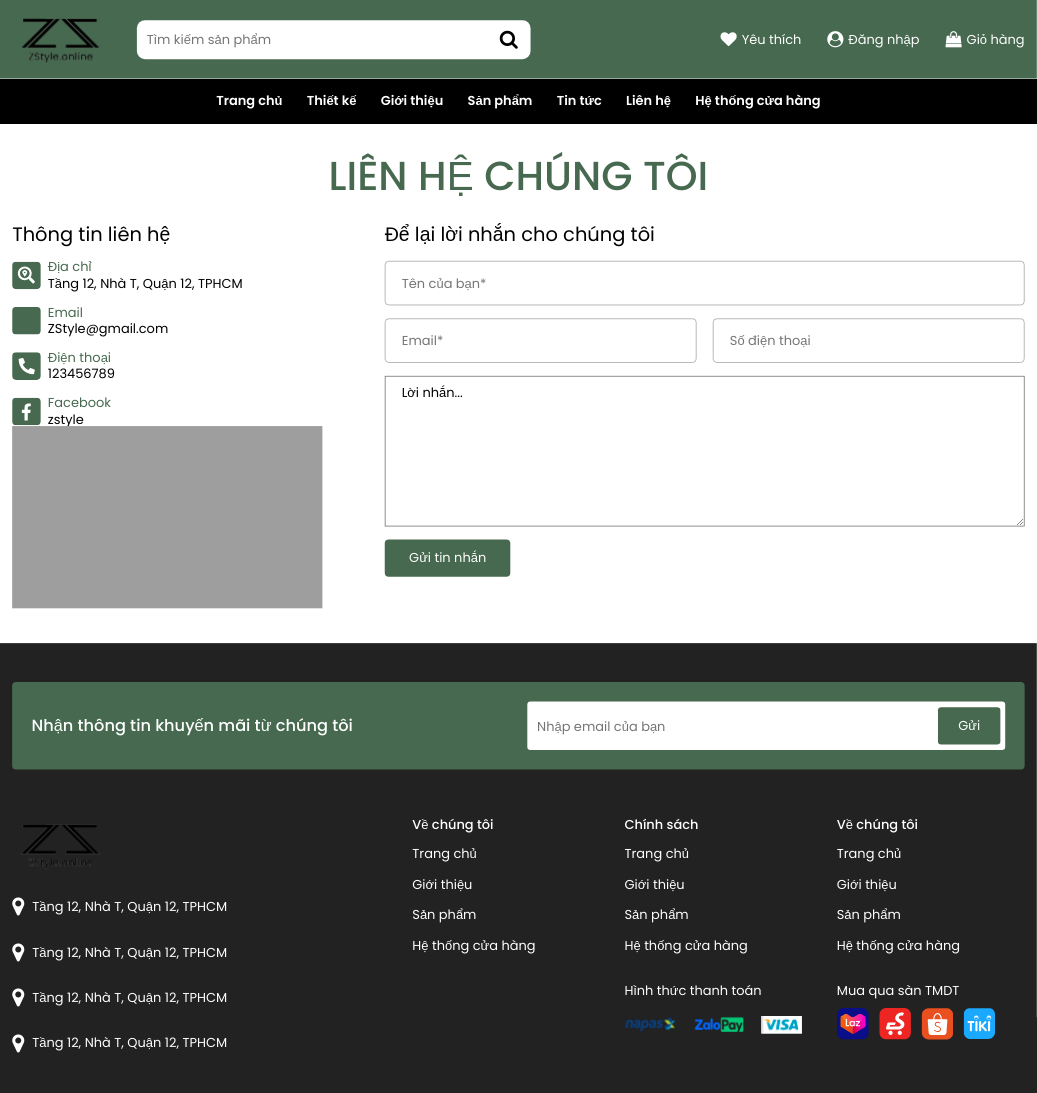
Repository: Toan3333/duanmau
Page: assets/pages/lienhe.html
The author's editor kept a copy of each file at every save. The page is drawn from the files as they stood at one save, then again after the next save.
The browser window is 1280 px wide. The pictures show the whole page, at 81% of full size.
Pictures or frames that could not be fetched are drawn as grey boxes. Some web libraries are served in a nearby version.

Above is the page before, as saved 2023-11-07 21:41:23.
Console error: TypeError: Cannot read properties of null (reading 'addEventListener')

### assets/pages/lienhe.html
<!DOCTYPE html>
<html lang="en">
  <head>
    <meta charset="UTF-8" />
    <meta name="viewport" content="width=device-width, initial-scale=1.0" />
    <title>Liên hệ</title>
    <link
      rel="stylesheet"
      type="text/css"
      href="https://cdn.jsdelivr.net/npm/slick-carousel@1.8.1/slick/slick.css" />
    <link rel="stylesheet" href="../css/style.css" />
    <link
      rel="stylesheet"
      href="https://cdnjs.cloudflare.com/ajax/libs/font-awesome/4.7.0/css/font-awesome.min.css"
      integrity="sha512-SfTiTlX6kk+qitfevl/7LibUOeJWlt9rbyDn92a1DqWOw9vWG2MFoays0sgObmWazO5BQPiFucnnEAjpAB+/Sw=="
      crossorigin="anonymous"
      referrerpolicy="no-referrer" />
    <link
      rel="stylesheet"
      type="text/css"
      href="https://cdn.jsdelivr.net/npm/slick-carousel@1.8.1/slick/slick.css" />

    <link
      href="https://fonts.googleapis.com/css?family=Poppins:100,100italic,200,200italic,300,300italic,regular,italic,500,500italic,600,600italic,700,700italic,800,800italic,900,900italic"
      rel="stylesheet" />
  </head>
  <body>
    <div class="app">
      <!-- Header -->
      <header class="header">
        <div class="container">
          <div class="header-main">
            <div class="header-logo">
              <a href="#">
                <img src="../images/logo.svg" alt="" />
              </a>
            </div>
            <form action="" class="header-form">
              <div class="header-input">
                <input type="text" placeholder="Tìm kiếm sản phẩm" />
                <div class="header-input-icon">
                  <i class="fa fa-search" aria-hidden="true"></i>
                </div>
              </div>
            </form>
            <div class="header-auth">
              <div class="header-auth__item">
                <i class="fa fa-heart" aria-hidden="true"></i>
                <a href="#" class="header-link">Yêu thích</a>
              </div>
              <div class="header-auth__item">
                <i class="fa fa-user-circle" aria-hidden="true"></i>
                <a href="#" class="header-link">Đăng nhập</a>
              </div>
              <div class="header-auth__item">
                <i class="fa fa-shopping-bag" aria-hidden="true"></i>
                <a href="#" class="header-link">Giỏ hàng</a>
              </div>
            </div>
          </div>
        </div>
      </header>
      <!-- Header end -->
      <section class="header-bottom">
        <div class="container">
          <div class="header-bottom__main">
            <ul class="header-menu">
              <li class="header-menu-item">
                <a href="/index.html" class="header-menu-link">Trang chủ</a>
              </li>
              <li class="header-menu-item">
                <a href="#" class="header-menu-link">Thiết kế</a>
              </li>
              <li class="header-menu-item">
                <a href="#" class="header-menu-link">Giới thiệu</a>
              </li>
              <li class="header-menu-item">
                <a href="#" class="header-menu-link">Sản phẩm</a>
              </li>
              <li class="header-menu-item">
                <a href="#" class="header-menu-link">Tin tức</a>
              </li>
              <li class="header-menu-item">
                <a href="#" class="header-menu-link">Liên hệ</a>
              </li>
              <li class="header-menu-item">
                <a href="#" class="header-menu-link">Hệ thống cửa hàng</a>
              </li>
            </ul>
          </div>
        </div>
      </section>
      <!-- Contact -->

      <section class="contact">
        <div class="container">
          <div class="heading-primary">LIÊN HỆ CHÚNG TÔI</div>
          <div class="contact-main">
            <div class="contact-left">
              <h2>Thông tin liên hệ</h2>
              <ul class="contact-menu">
                <li class="contact-list">
                  <div class="contact-list-icon">
                    <svg
                      xmlns="http://www.w3.org/2000/svg"
                      width="36"
                      height="34"
                      viewBox="0 0 36 34"
                      fill="none">
                      <rect width="35.1724" height="34" rx="5" fill="#46694F" />
                      <path
                        d="M27.8511 24.1075L23.7413 19.9985C23.5559 19.813 23.3044 19.71 23.0406 19.71C22.7677 19.71 22.6107 19.3926 22.7615 19.1651C23.6603 17.8093 24.1824 16.1842 24.1824 14.4345C24.1824 9.69901 20.3446 5.86206 15.6087 5.86206C10.8728 5.86206 7.03467 9.69901 7.03467 14.4345C7.03467 19.17 10.8724 23.007 15.6087 23.007C17.3584 23.007 18.9842 22.4848 20.3401 21.5861C20.5676 21.4353 20.885 21.5923 20.885 21.8652C20.885 22.129 20.988 22.3805 21.1735 22.5659L25.2833 26.6749C25.6707 27.0624 26.2972 27.0624 26.6806 26.6749L27.847 25.5085C28.2345 25.121 28.2345 24.4949 27.8511 24.1075ZM15.6087 20.369C12.3303 20.369 9.67341 17.7171 9.67341 14.4345C9.67341 11.1565 12.3258 8.49999 15.6087 8.49999C18.8872 8.49999 21.544 11.1519 21.544 14.4345C21.544 17.7126 18.8917 20.369 15.6087 20.369ZM15.6096 10.4784C13.9287 10.4784 12.5661 11.8407 12.5661 13.5215C12.5661 14.8801 14.5552 17.3568 15.3173 18.2558C15.3531 18.2986 15.3978 18.333 15.4483 18.3566C15.4987 18.3802 15.5538 18.3924 15.6096 18.3924C15.6653 18.3924 15.7204 18.3802 15.7708 18.3566C15.8213 18.333 15.866 18.2986 15.9018 18.2558C16.6639 17.3568 18.653 14.8805 18.653 13.5215C18.653 11.8407 17.2904 10.4784 15.6096 10.4784ZM15.6096 14.4353C15.063 14.4353 14.6203 13.9922 14.6203 13.4461C14.6203 12.8996 15.0634 12.4569 15.6096 12.4569C16.1557 12.4569 16.5988 12.8996 16.5988 13.4461C16.5988 13.9922 16.1557 14.4353 15.6096 14.4353Z"
                        fill="white" />
                    </svg>
                  </div>
                  <a href="#" class="contact-link">
                    <div class="contact-link-title">Địa chỉ</div>
                    Tầng 12, Nhà T, Quận 12, TPHCM
                  </a>
                </li>
                <li class="contact-list">
                  <div class="contact-list-icon">
                    <svg
                      xmlns="http://www.w3.org/2000/svg"
                      width="36"
                      height="34"
                      viewBox="0 0 36 34"
                      fill="none">
                      <rect width="35.1724" height="34" rx="5" fill="#46694F" />
                    </svg>
                  </div>
                  <a href="#" class="contact-link">
                    <div class="contact-link-title">Email</div>
                    ZStyle@gmail.com
                  </a>
                </li>
                <li class="contact-list">
                  <div class="contact-list-icon">
                    <svg
                      xmlns="http://www.w3.org/2000/svg"
                      width="36"
                      height="34"
                      viewBox="0 0 36 34"
                      fill="none">
                      <rect width="35.1724" height="34" rx="5" fill="#46694F" />
                      <path
                        d="M27.4296 21.1327L23.0546 19.2577C22.8677 19.178 22.6599 19.1612 22.4627 19.2099C22.2654 19.2585 22.0893 19.3698 21.9608 19.5272L20.0233 21.8944C16.9825 20.4607 14.5353 18.0136 13.1017 14.9728L15.4689 13.0353C15.6266 12.907 15.7382 12.7309 15.7868 12.5336C15.8354 12.3362 15.8185 12.1284 15.7384 11.9415L13.8634 7.56645C13.7755 7.36505 13.6202 7.2006 13.4241 7.10148C13.228 7.00236 13.0034 6.97477 12.7891 7.02347L8.72658 7.96099C8.52 8.00869 8.33569 8.12501 8.20373 8.29095C8.07177 8.45689 7.99995 8.66266 8 8.87468C8 18.8944 16.1212 27 26.1253 27C26.3374 27.0001 26.5433 26.9284 26.7093 26.7964C26.8753 26.6644 26.9917 26.4801 27.0394 26.2734L27.9769 22.2109C28.0253 21.9955 27.9971 21.7701 27.8972 21.5733C27.7973 21.3765 27.632 21.2207 27.4296 21.1327Z"
                        fill="white" />
                    </svg>
                  </div>
                  <a href="#" class="contact-link">
                    <div class="contact-link-title">Điện thoại</div>
                    123456789
                  </a>
                </li>
                <li class="contact-list">
                  <div class="contact-list-icon">
                    <svg
                      xmlns="http://www.w3.org/2000/svg"
                      width="36"
                      height="34"
                      viewBox="0 0 36 34"
                      fill="none">
                      <rect width="35.1724" height="34" rx="5" fill="#46694F" />
                      <path
                        d="M22.2792 18.8125L22.8496 15.012H19.2831V12.5457C19.2831 11.506 19.7813 10.4925 21.3786 10.4925H23V7.25676C23 7.25676 21.5286 7 20.1218 7C17.1847 7 15.2649 8.82027 15.2649 12.1155V15.012H12V18.8125H15.2649V28H19.2831V18.8125H22.2792Z"
                        fill="white" />
                    </svg>
                  </div>
                  <a href="#" class="contact-link">
                    <div class="contact-link-title">Facebook</div>
                    zstyle
                  </a>
                </li>
              </ul>
              <iframe
                src="https://www.google.com/maps/embed?pb=!1m18!1m12!1m3!1d3918.443592406482!2d106.6252534743984!3d10.853826357762593!2m3!1f0!2f0!3f0!3m2!1i1024!2i768!4f13.1!3m3!1m2!1s0x31752bee0b0ef9e5%3A0x5b4da59e47aa97a8!2zQ8O0bmcgVmnDqm4gUGjhuqduIE3hu4FtIFF1YW5nIFRydW5n!5e0!3m2!1svi!2s!4v1699367979161!5m2!1svi!2s"
                width="383"
                height="225"
                style="border: 0"
                allowfullscreen=""
                loading="lazy"
                referrerpolicy="no-referrer-when-downgrade"></iframe>
            </div>
            <div class="contact-right">
              <h2>Để lại lời nhắn cho chúng tôi</h2>
              <form action="" class="contact-form">
                <div class="contact-form-group">
                  <input type="text" placeholder="Tên của bạn*" />
                </div>
                <div class="contact-form-group">
                  <input type="text" placeholder="Email*" />
                  <input type="text" placeholder="Số điện thoại" />
                </div>
                <textarea class="comment" name="" id="" cols="30" rows="10">Lời nhắn...</textarea>
                <div class="product-btn contact-btn">
                  <button class="button-primary">Gửi tin nhắn</button>
                </div>
              </form>
            </div>
          </div>
        </div>
      </section>
      <!-- Contact end-->
      <footer class="footer">
        <div class="container">
          <div class="footer-box">
            <div class="footer-box__title">Nhận thông tin khuyến mãi từ chúng tôi</div>
            <form action="" class="footer-form">
              <div class="footer-form__input">
                <input class="form-control" type="text" placeholder="Nhập email của bạn " />
                <div class="footer-form__submit">
                  <button type="submit" class="footer-btn">Gửi</button>
                </div>
              </div>
            </form>
          </div>
          <div class="footer-list">
            <div class="footer-column">
              <div class="footer-logo">
                <a href="#">
                  <img src="../images/logo.svg" alt="" />
                </a>
                <div class="footer-nav">
                  <ul class="footer-menu">
                    <li class="footer-item">
                      <a href="#" class="footer-link"
                        ><i class="fa fa-map-marker" aria-hidden="true"></i>
                        Tầng 12, Nhà T, Quận 12, TPHCM
                      </a>
                    </li>
                    <li class="footer-item">
                      <a href="#" class="footer-link"
                        ><i class="fa fa-map-marker" aria-hidden="true"></i>
                        Tầng 12, Nhà T, Quận 12, TPHCM
                      </a>
                    </li>
                    <li class="footer-item">
                      <a href="#" class="footer-link"
                        ><i class="fa fa-map-marker" aria-hidden="true"></i>
                        Tầng 12, Nhà T, Quận 12, TPHCM
                      </a>
                    </li>
                    <li class="footer-item">
                      <a href="#" class="footer-link"
                        ><i class="fa fa-map-marker" aria-hidden="true"></i>
                        Tầng 12, Nhà T, Quận 12, TPHCM
                      </a>
                    </li>
                  </ul>
                </div>
              </div>
            </div>
            <div class="footer-column">
              <h4 class="footer-title">Về chúng tôi</h4>
              <ul class="footer-menus">
                <li>
                  <a href="#" class="footer-link">Trang chủ </a>
                </li>
                <li>
                  <a href="#" class="footer-link">Giới thiệu</a>
                </li>
                <li>
                  <a href="#" class="footer-link">Sản phẩm</a>
                </li>
                <li>
                  <a href="#" class="footer-link">Hệ thống cửa hàng</a>
                </li>
              </ul>
            </div>
            <div class="footer-column">
              <h4 class="footer-title">Chính sách</h4>
              <ul class="footer-menus">
                <li>
                  <a href="#" class="footer-link">Trang chủ </a>
                </li>
                <li>
                  <a href="#" class="footer-link">Giới thiệu</a>
                </li>
                <li>
                  <a href="#" class="footer-link">Sản phẩm</a>
                </li>
                <li>
                  <a href="#" class="footer-link">Hệ thống cửa hàng</a>
                </li>
              </ul>
              <div class="footer-checkout">
                <div class="footer-checkout__title">Hình thức thanh toán</div>
                <div class="footer-checkout__icon">
                  <img src="../images/napas.svg" alt="" />
                  <img src="../images/zalopay-icon.svg" alt="" />
                  <img src="../images/visa.svg" alt="" />
                </div>
              </div>
            </div>
            <div class="footer-column">
              <h4 class="footer-title">Về chúng tôi</h4>
              <ul class="footer-menus">
                <li>
                  <a href="#" class="footer-link">Trang chủ </a>
                </li>
                <li>
                  <a href="#" class="footer-link">Giới thiệu</a>
                </li>
                <li>
                  <a href="#" class="footer-link">Sản phẩm</a>
                </li>
                <li>
                  <a href="#" class="footer-link">Hệ thống cửa hàng</a>
                </li>
              </ul>
              <div class="footer-checkout">
                <div class="footer-checkout__title">Mua qua sàn TMDT</div>
                <div class="footer-checkout__icon">
                  <img class="footer-icon__image" src="../images/lazada.svg" alt="" />
                  <img class="footer-icon__image" src="../images/sendo.svg" alt="" />
                  <img class="footer-icon__image" src="../images/shopee.svg" alt="" />
                  <img class="footer-icon__image" src="../images/tiki.svg" alt="" />
                </div>
              </div>
            </div>
          </div>
        </div>
      </footer>
    </div>
    <script type="text/javascript" src="https://code.jquery.com/jquery-1.11.0.min.js"></script>
    <script
      type="text/javascript"
      src="https://code.jquery.com/jquery-migrate-1.2.1.min.js"></script>
    <script
      type="text/javascript"
      src="https://cdn.jsdelivr.net/npm/slick-carousel@1.8.1/slick/slick.min.js"></script>
    <script src="./assets/js/app.js"></script>
  </body>
</html>

Loaded but not shown: assets/js/app.js (47 lines, source omitted); assets/css/style.css (2237 lines, source omitted)

After the next save:
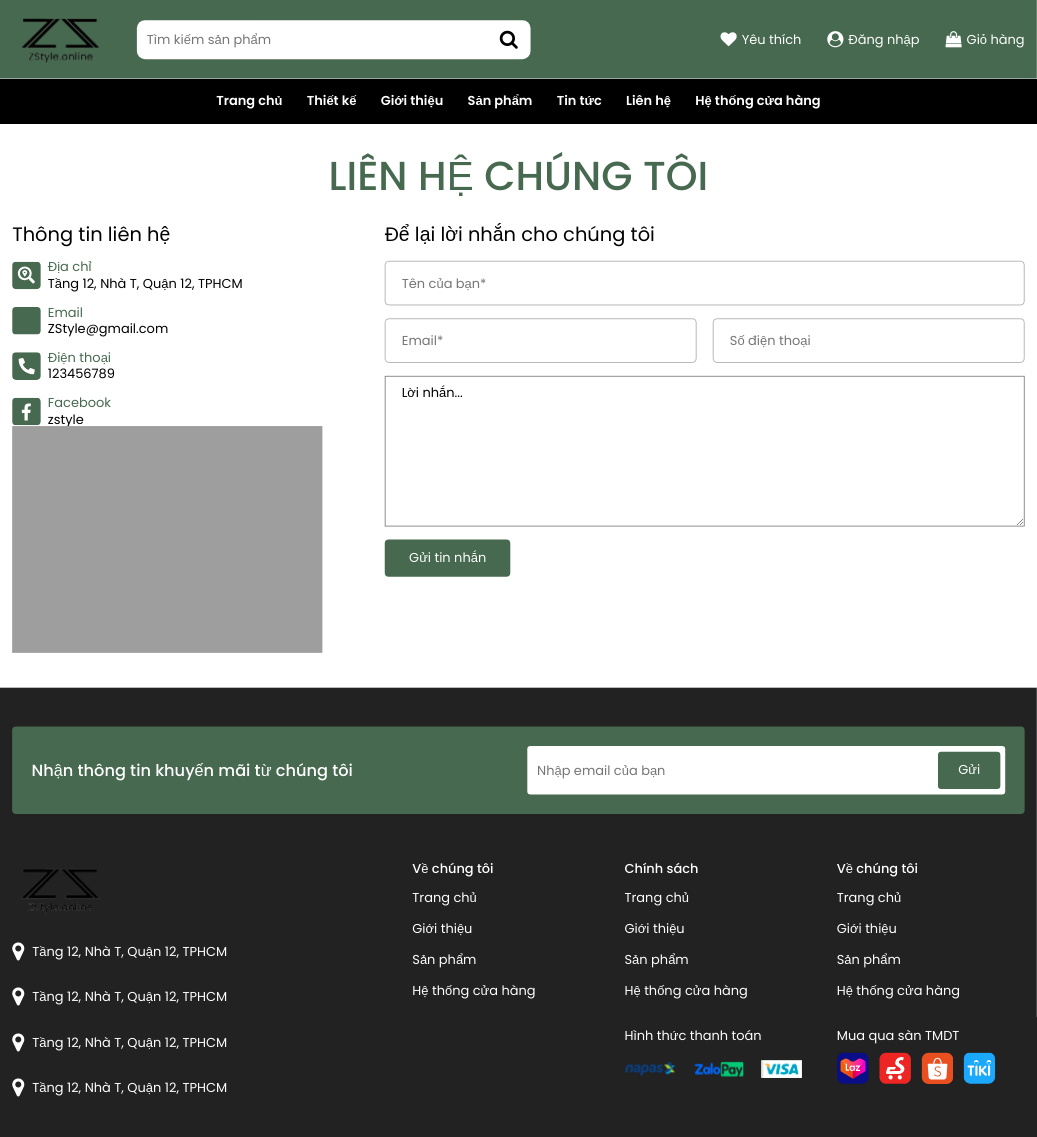
Saved 9 s later.
--- a/assets/pages/lienhe.html
+++ b/assets/pages/lienhe.html
@@ -176,7 +176,7 @@
               <iframe
                 src="https://www.google.com/maps/embed?pb=!1m18!1m12!1m3!1d3918.443592406482!2d106.6252534743984!3d10.853826357762593!2m3!1f0!2f0!3f0!3m2!1i1024!2i768!4f13.1!3m3!1m2!1s0x31752bee0b0ef9e5%3A0x5b4da59e47aa97a8!2zQ8O0bmcgVmnDqm4gUGjhuqduIE3hu4FtIFF1YW5nIFRydW5n!5e0!3m2!1svi!2s!4v1699367979161!5m2!1svi!2s"
                 width="383"
-                height="225"
+                height="280"
                 style="border: 0"
                 allowfullscreen=""
                 loading="lazy"
